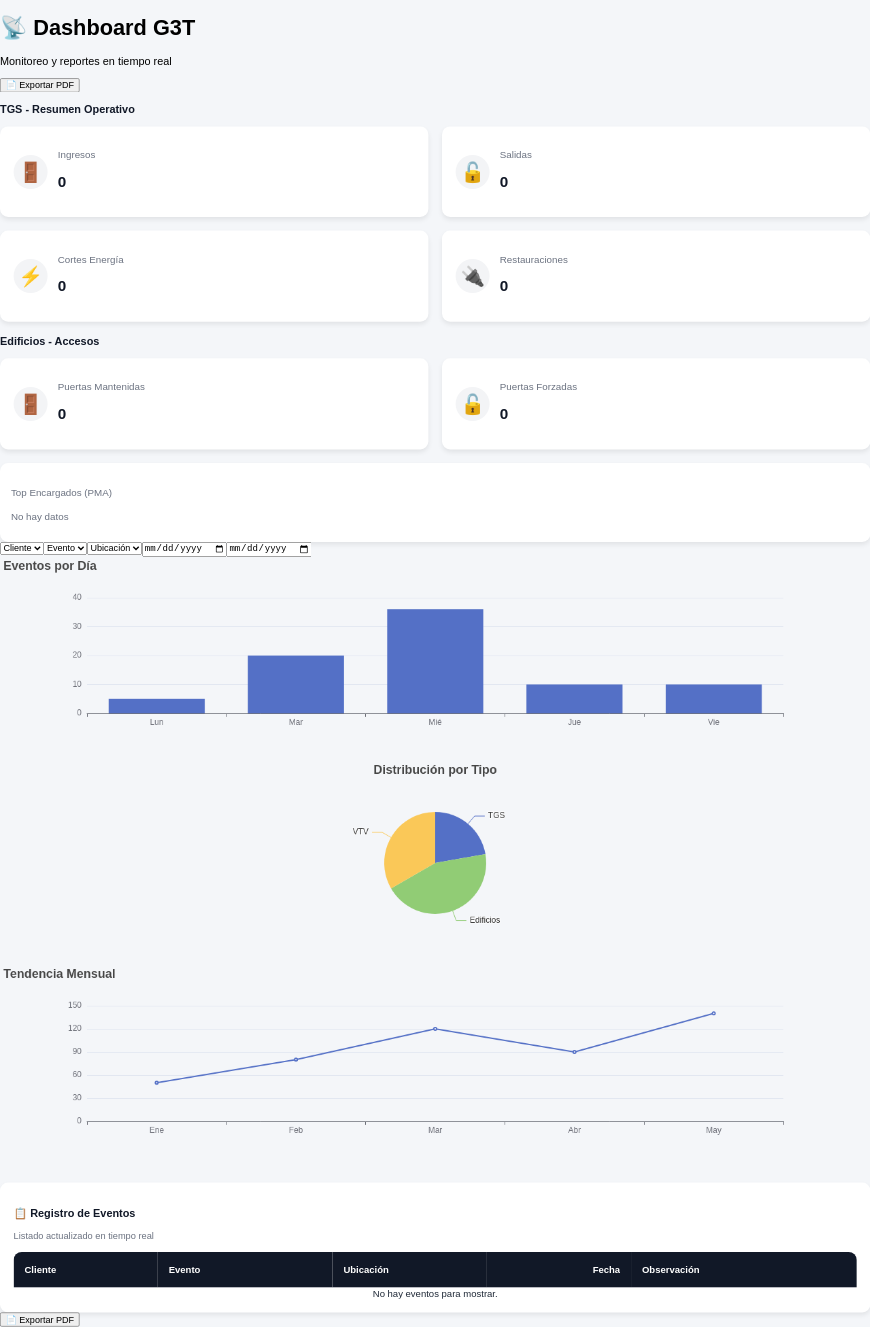
Repository: BBrian11/reportes
Page: /
The author's editor kept a copy of each file at every save. The page is drawn from the files as they stood at one save, then again after the next save.
The browser window is 1280 px wide. The pictures show the whole page, at 68% of full size.
The page's requests for data from a server got no answer. The project was rebuilt for these pictures with package versions that can differ from the ones it lists, and the page was loaded fresh each time. No one was signed in, and anything a server would have sent is missing. Also part of the build but not shown: vite.config.js, src/components/Dashboard/StatsCards.jsx, src/styles/form.css.

Above is the page before, as saved 2025-07-29 16:32:36.

After the next save:
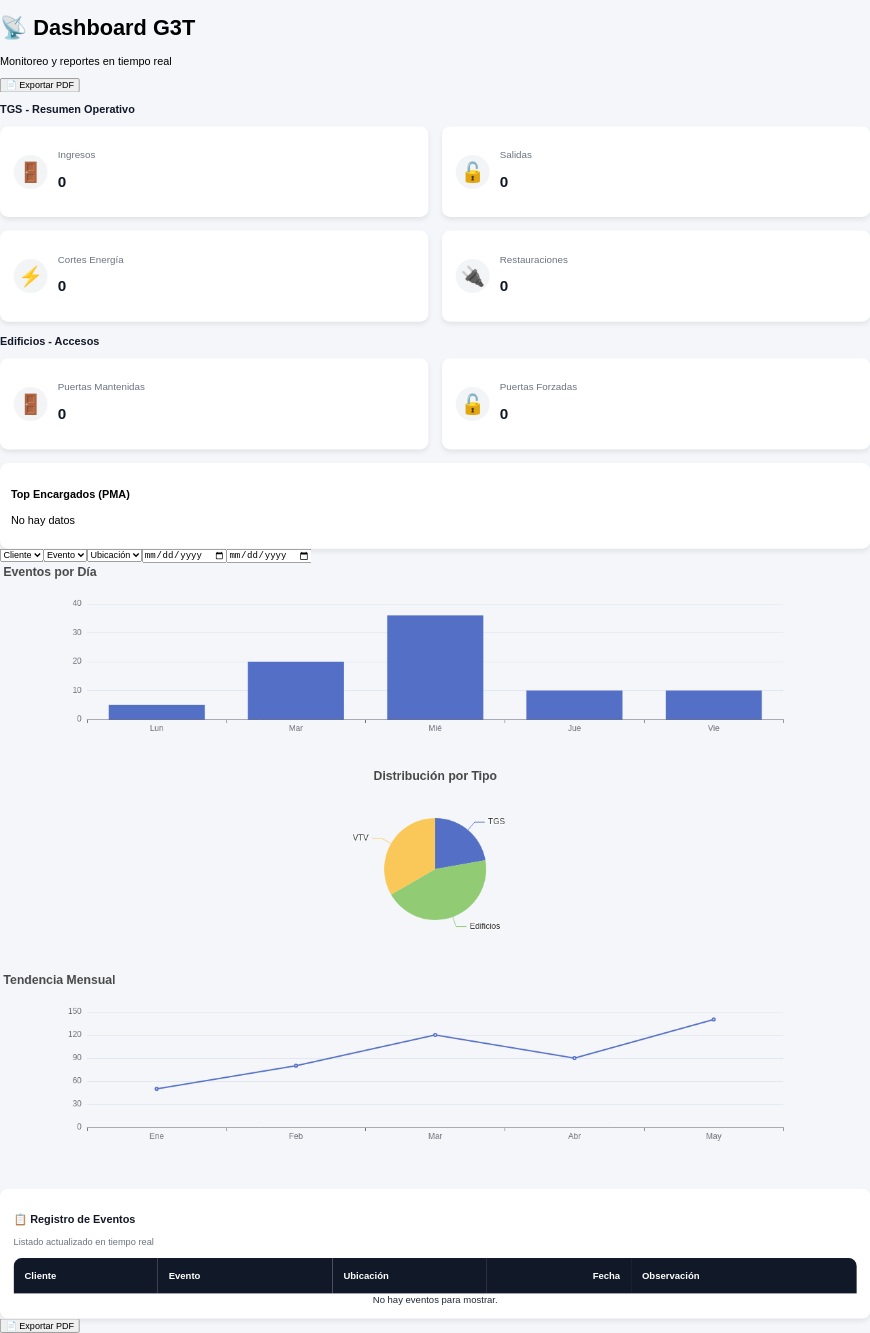
Saved 3 min 17 s later.
--- a/src/components/Dashboard/EdificioStats.jsx
+++ b/src/components/Dashboard/EdificioStats.jsx
@@ -33,18 +33,21 @@ export default function EdificioStats({ eventos }) {
           </div>
         </div>
       </div>
+
+      {/* Ranking Mejorado */}
       <div className="ranking-card">
-        <h4 className="stats-title">Top Encargados (PMA)</h4>
+        <h4 className="ranking-title">Top Encargados (PMA)</h4>
         {topEncargados.length > 0 ? (
-          <ul>
+          <ul className="ranking-list">
             {topEncargados.map(([nombre, count], idx) => (
-              <li key={idx}>
-                {nombre} <span>{count}</span>
+              <li key={idx} className="ranking-item">
+                <span className="ranking-name">{nombre}</span>
+                <span className="ranking-count">{count}</span>
               </li>
             ))}
           </ul>
         ) : (
-          <p className="stats-title">No hay datos</p>
+          <p className="ranking-empty">No hay datos</p>
         )}
       </div>
     </div>
